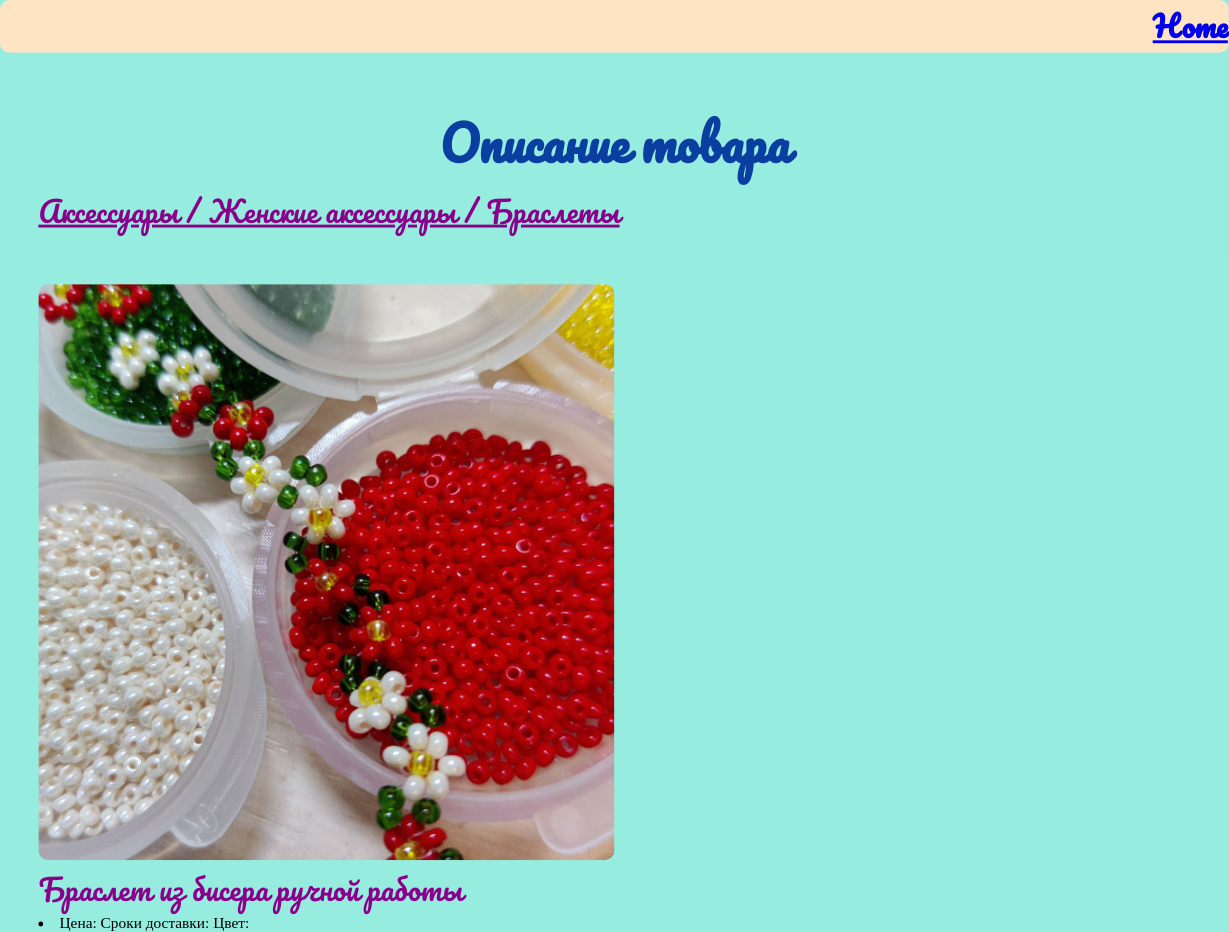
Repository: annamsklv/web
Page: seminar2_26.01/product page.html
These files come from the project's save history. The page is drawn as it stood at one moment and after the next save; the edit follows.
The browser window is 1280 px wide. The pictures show the whole page, at 96% of full size.

Above is the page before, as saved 2023-02-01 20:42:51.

### seminar2_26.01/product page.html
<!DOCTYPE html>
<html lang="en">
<head>
    <meta charset="UTF-8">
    <meta http-equiv="X-UA-Compatible" content="IE-edge">
    <meta name="viewport" content="width=device-width, initial-scale=1.0">
    <div class="home">
        <a class="link" href="index.html">Home</a>
    </div>
    <title>Продукт</title>
    <link rel="preconnect" href="https://fonts.googleapis.com">
<link rel="preconnect" href="https://fonts.gstatic.com" crossorigin>
<link href="https://fonts.googleapis.com/css2?family=Pacifico&display=swap" rel="stylesheet">
    <link rel="stylesheet" href="product style.css">

</head>


<body>

    <div class="header">
    <div class="container"></div>
    <h1 class="title">Описание товара</h1>
    </div>
    </div>

    <div class="content">
        <div class="container">
            <div class="categories">
                <a class="category-link" href="#">Аксессуары / Женские аксессуары / Браслеты</a>
            </div>
        </div>
    </div>
    <div class="item-box">
        <div class="container">
        <img class="item-pic" src="img/1.jpg" alt="product">
        <p class="description">Браслет из бисера ручной работы</p>
        <li>
            Цена:
            Сроки доставки:
            Цвет:
        </li>
        </div>

    </div>

<div class="footer">


</div>

</body>
</html>

### seminar2_26.01/product style.css
* {
    margin: 0;
    padding: 0;
}

body{
    background-color: rgb(150, 236, 222);
}
.container{
    width: 1200px;
    margin: 0 auto;
}

.title{
    text-align: center;
    margin-top: 50px;
    font-family: 'Pacifico';
    color: rgb(10, 63, 161);
    font-size: 50px;
}

.home{
    font-family: 'Pacifico', cursive;
    color: rgb(10, 63, 161);
    font-size: 30px;
    font-weight: bold;
    background-color: bisque;
    border-radius: 10px;
    display: block;
    border: 1px solid transparent;
    text-align: right;
}

.home:hover{
    border: 1 px solid darkmagenta;
    color: darkmagenta;
    background-color: white;

}

.category-link{
    color:darkmagenta;
    font-family: 'Pacifico', cursive;
    font-size: 30px;
    text-align: left;
}
.item-box{
    margin-top: 50px;
    display: flex;
    flex-wrap: wrap;
    justify-content:space-between;
}
.item-pic{
    width: 50%;
    border-radius: 10px;
}

.description{
    color:darkmagenta;
    font-family: 'Pacifico', cursive;
    font-size: 30px;
    text-align: left;
}

After the next save:
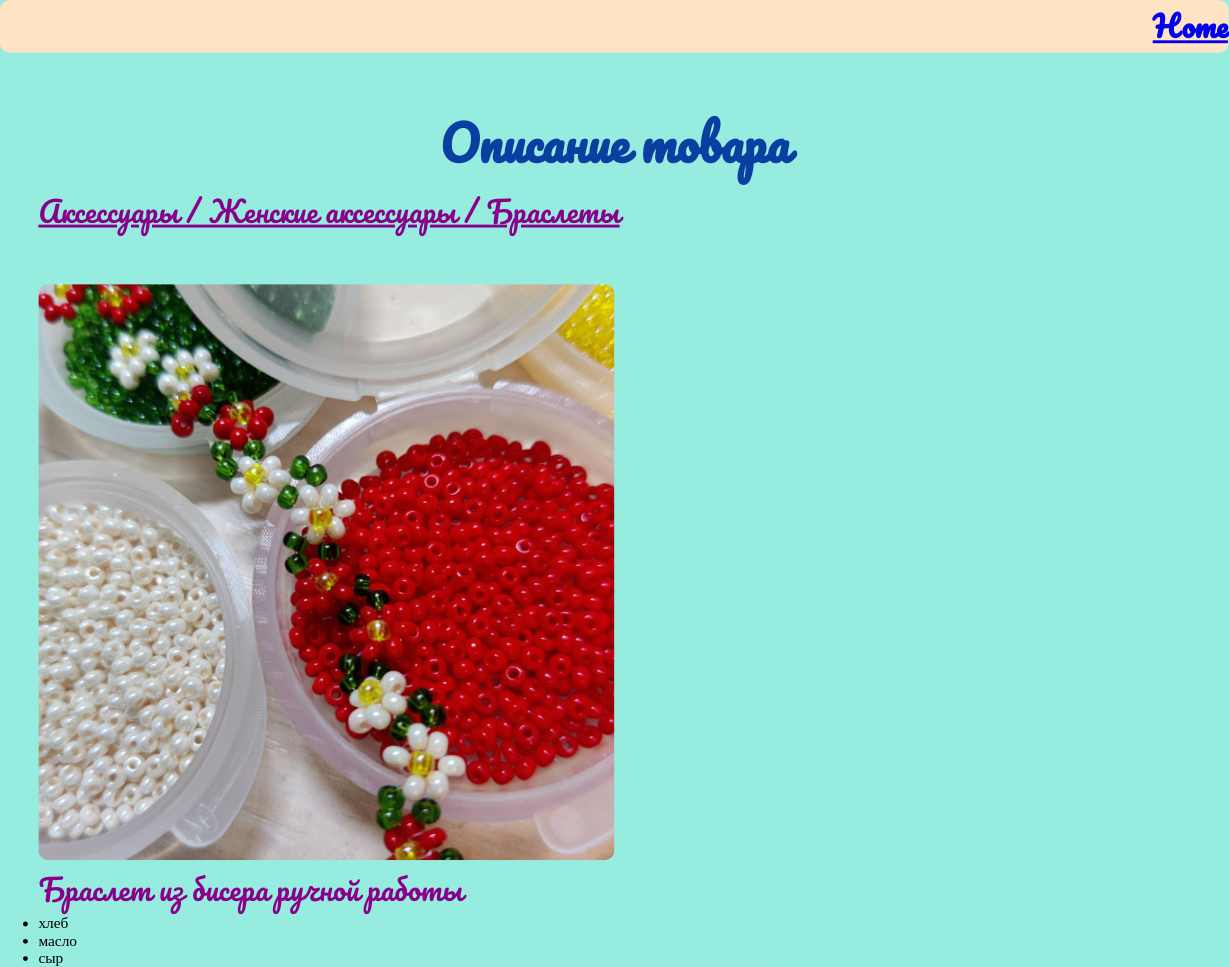
Saved 70 s later.
--- a/seminar2_26.01/product page.html
+++ b/seminar2_26.01/product page.html
@@ -35,11 +35,11 @@
         <div class="container">
         <img class="item-pic" src="img/1.jpg" alt="product">
         <p class="description">Браслет из бисера ручной работы</p>
-        <li>
-            Цена:
-            Сроки доставки:
-            Цвет:
-        </li>
+        <ul>
+			<li>хлеб</li>
+			<li>масло</li>
+			<li>сыр</li>
+		</ul>
         </div>
 
     </div>
